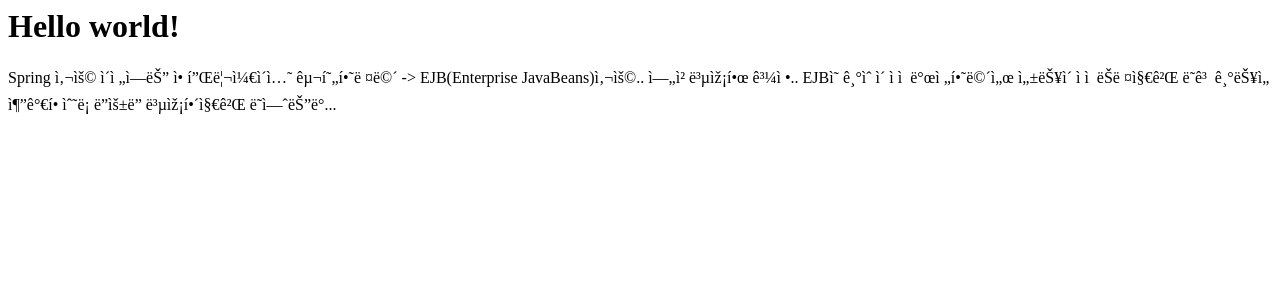
Repository: moondolph/SKKU_IT_Education
Page: http://localhost/Sep29_1_SpringMVC/
The author's editor kept a copy of each file at every save. The page is drawn from the files as they stood at one save, then again after the next save.
The browser window is 1280 px wide. The pictures show the whole page.
The page is served by Tomcat 9. Other server files are loaded and not shown.

Above is the page before, as saved 2022-09-29 02:13:08.

### Sep29_1_SpringMVC/src/main/webapp/WEB-INF/views/home.jsp
<%@ taglib uri="http://java.sun.com/jsp/jstl/core" prefix="c" %>
<%@ page session="false" %>
<html>
<head>
	<title>Home</title>
</head>
<body>
<h1>
	Hello world!
</h1>

	Spring 사용 이전에는
	애플리케이션 구현하려면 -> EJB(Enterprise JavaBeans)사용.. 엄청 복잡한 과정..
	EJB의 기술이 점점 발전하면서 성능이 점점 느려지게 되고 기능을 추가할수록 더욱더 복잡해지게 되었는데...



</body>
</html>

After the next save:
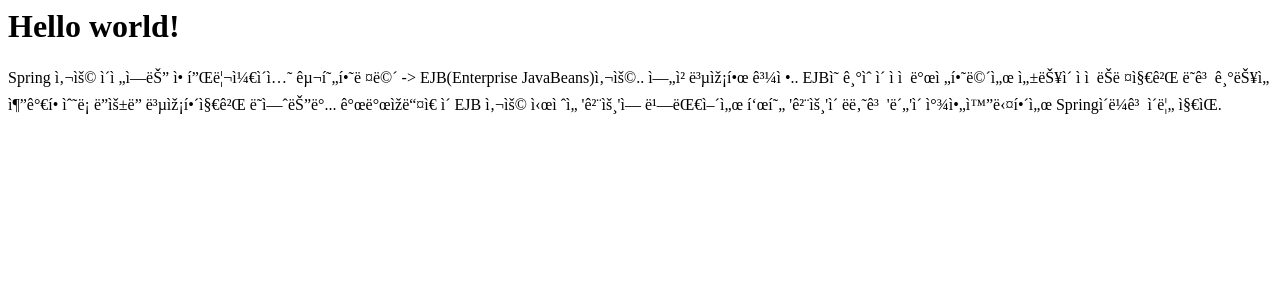
Saved 84 s later.
--- a/Sep29_1_SpringMVC/src/main/webapp/WEB-INF/views/home.jsp
+++ b/Sep29_1_SpringMVC/src/main/webapp/WEB-INF/views/home.jsp
@@ -12,6 +12,8 @@
 	Spring 사용 이전에는
 	애플리케이션 구현하려면 -> EJB(Enterprise JavaBeans)사용.. 엄청 복잡한 과정..
 	EJB의 기술이 점점 발전하면서 성능이 점점 느려지게 되고 기능을 추가할수록 더욱더 복잡해지게 되었는데...
+	개발자들은 이 EJB 사용 시절을 '겨울'에 빗대어서 표현
+	'겨울'이 끝나고 '봄'이 찾아왔다해서 Spring이라고 이름 지음.
 
 
 
